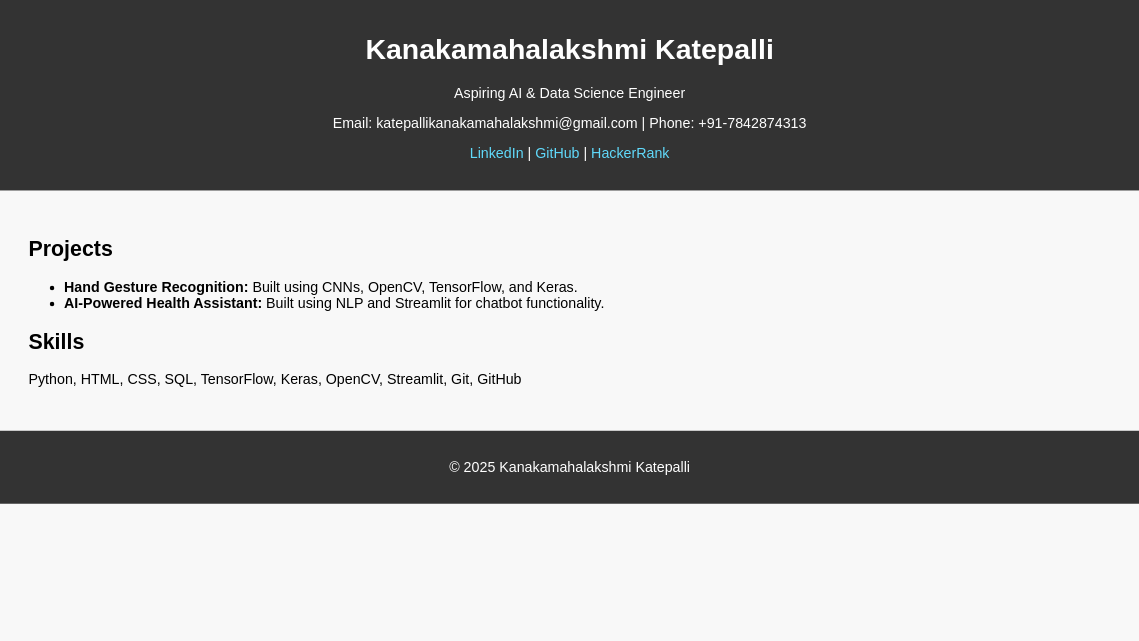
Repository: mahalakshmi-00/My-Portfolio
Page: index.html
An editor plug-in stored every save of this project. The page is shown before and after the next save, followed by the edit.
The browser window is 1280 px wide. The pictures show the whole page, at 89% of full size.

Above is the page before, as saved 2025-04-29 14:34:33.

After the next save:
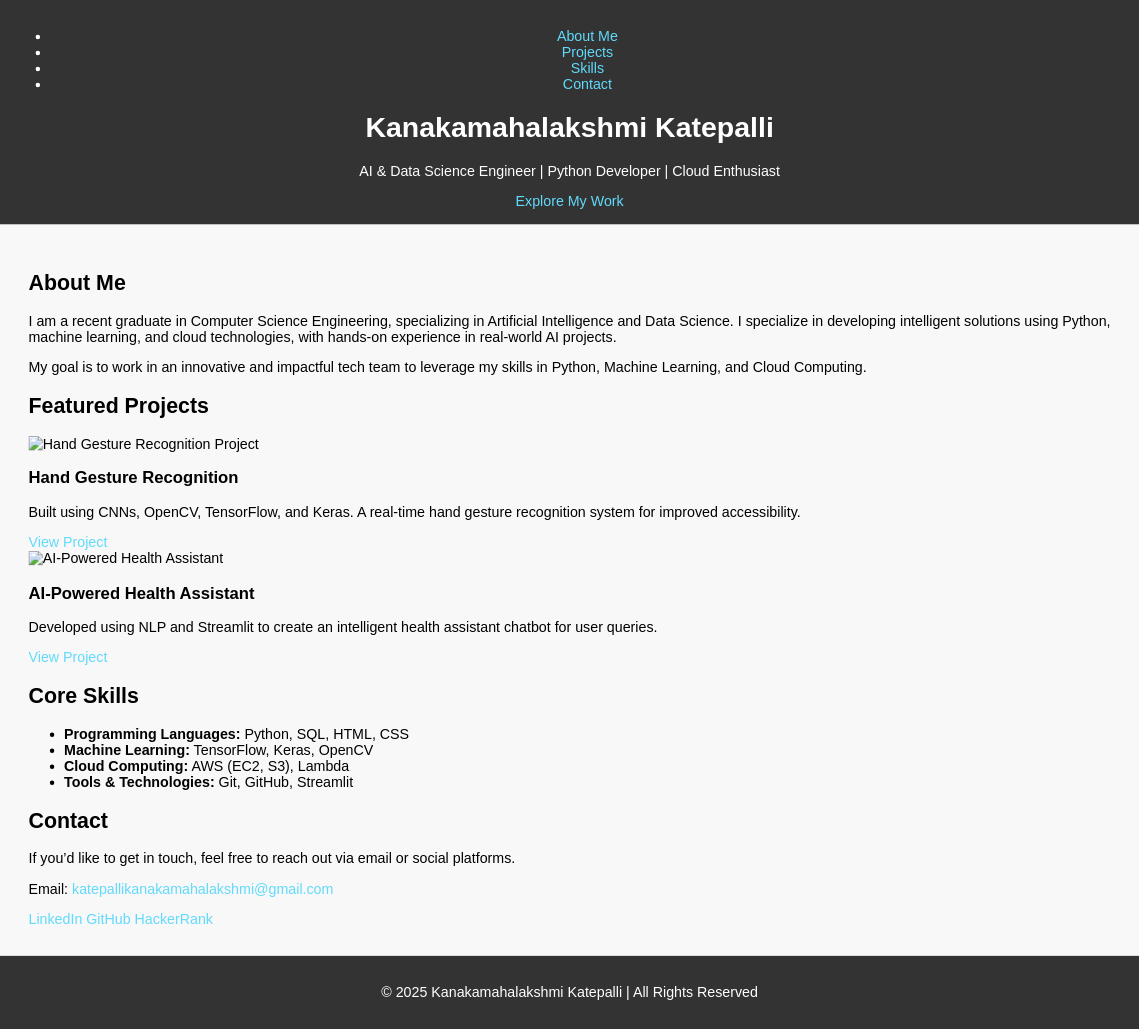
Not found: hand-gesture-recognition.jpg
Not found: health-assistant.jpg
Not found: script.js
Saved 13 min 13 s later.
--- a/index.html
+++ b/index.html
@@ -1,36 +1,90 @@
-
 <!DOCTYPE html>
 <html lang="en">
 <head>
     <meta charset="UTF-8">
     <meta name="viewport" content="width=device-width, initial-scale=1.0">
-    <title>Kanakamahalakshmi Katepalli</title>
+    <meta name="description" content="Kanakamahalakshmi Katepalli - AI & Data Science Engineer | Portfolio of Projects and Skills">
+    <meta name="author" content="Kanakamahalakshmi Katepalli">
+    <title>Kanakamahalakshmi Katepalli | AI & Data Science Engineer</title>
     <link rel="stylesheet" href="style.css">
+    <link href="https://fonts.googleapis.com/css2?family=Roboto:wght@400;500;700&display=swap" rel="stylesheet">
+    <link rel="icon" href="favicon.ico">
+    <style>
+        /* Add custom inline CSS or link an external CSS file */
+    </style>
 </head>
 <body>
-    <header>
-        <h1>Kanakamahalakshmi Katepalli</h1>
-        <p>Aspiring AI & Data Science Engineer</p>
-        <p>Email: katepallikanakamahalakshmi@gmail.com | Phone: +91-7842874313</p>
-        <p><a href="https://www.linkedin.com/in/kanaka-mahalakshmi-katepalli-637585273/">LinkedIn</a> |
-           <a href="https://github.com/mahalakshmi-00">GitHub</a> |
-           <a href="https://www.hackerrank.com/profile/katepallikanaka1">HackerRank</a></p>
+    <header id="header">
+        <div class="container">
+            <nav>
+                <ul class="nav-links">
+                    <li><a href="#about">About Me</a></li>
+                    <li><a href="#projects">Projects</a></li>
+                    <li><a href="#skills">Skills</a></li>
+                    <li><a href="#contact">Contact</a></li>
+                </ul>
+            </nav>
+            <div class="hero">
+                <h1>Kanakamahalakshmi Katepalli</h1>
+                <p>AI & Data Science Engineer | Python Developer | Cloud Enthusiast</p>
+                <a href="#projects" class="cta-btn">Explore My Work</a>
+            </div>
+        </div>
     </header>
+
     <main>
-        <section>
-            <h2>Projects</h2>
-            <ul>
-                <li><strong>Hand Gesture Recognition:</strong> Built using CNNs, OpenCV, TensorFlow, and Keras.</li>
-                <li><strong>AI-Powered Health Assistant:</strong> Built using NLP and Streamlit for chatbot functionality.</li>
+        <section id="about" class="section-padding">
+            <h2>About Me</h2>
+            <p>I am a recent graduate in Computer Science Engineering, specializing in Artificial Intelligence and Data Science. I specialize in developing intelligent solutions using Python, machine learning, and cloud technologies, with hands-on experience in real-world AI projects.</p>
+            <p>My goal is to work in an innovative and impactful tech team to leverage my skills in Python, Machine Learning, and Cloud Computing.</p>
+        </section>
+
+        <section id="projects" class="section-padding">
+            <h2>Featured Projects</h2>
+            <div class="project-container">
+                <div class="project-card">
+                    <img src="hand-gesture-recognition.jpg" alt="Hand Gesture Recognition Project" class="project-image">
+                    <h3>Hand Gesture Recognition</h3>
+                    <p>Built using CNNs, OpenCV, TensorFlow, and Keras. A real-time hand gesture recognition system for improved accessibility.</p>
+                    <a href="#" class="project-link">View Project</a>
+                </div>
+                <div class="project-card">
+                    <img src="health-assistant.jpg" alt="AI-Powered Health Assistant" class="project-image">
+                    <h3>AI-Powered Health Assistant</h3>
+                    <p>Developed using NLP and Streamlit to create an intelligent health assistant chatbot for user queries.</p>
+                    <a href="#" class="project-link">View Project</a>
+                </div>
+            </div>
+        </section>
+
+        <section id="skills" class="section-padding">
+            <h2>Core Skills</h2>
+            <ul class="skills-list">
+                <li><strong>Programming Languages:</strong> Python, SQL, HTML, CSS</li>
+                <li><strong>Machine Learning:</strong> TensorFlow, Keras, OpenCV</li>
+                <li><strong>Cloud Computing:</strong> AWS (EC2, S3), Lambda</li>
+                <li><strong>Tools & Technologies:</strong> Git, GitHub, Streamlit</li>
             </ul>
         </section>
-        <section>
-            <h2>Skills</h2>
-            <p>Python, HTML, CSS, SQL, TensorFlow, Keras, OpenCV, Streamlit, Git, GitHub</p>
+
+        <section id="contact" class="section-padding">
+            <h2>Contact</h2>
+            <p>If you’d like to get in touch, feel free to reach out via email or social platforms.</p>
+            <p>Email: <a href="mailto:katepallikanakamahalakshmi@gmail.com">katepallikanakamahalakshmi@gmail.com</a></p>
+            <div class="social-links">
+                <a href="https://www.linkedin.com/in/kanaka-mahalakshmi-katepalli-637585273/" target="_blank" rel="noopener noreferrer">LinkedIn</a>
+                <a href="https://github.com/mahalakshmi-00" target="_blank" rel="noopener noreferrer">GitHub</a>
+                <a href="https://www.hackerrank.com/profile/katepallikanaka1" target="_blank" rel="noopener noreferrer">HackerRank</a>
+            </div>
         </section>
     </main>
-    <footer>
-        <p>© 2025 Kanakamahalakshmi Katepalli</p>
+
+    <footer id="footer">
+        <div class="container">
+            <p>&copy; 2025 Kanakamahalakshmi Katepalli | All Rights Reserved</p>
+        </div>
     </footer>
+
+    <script src="script.js"></script>
 </body>
 </html>
